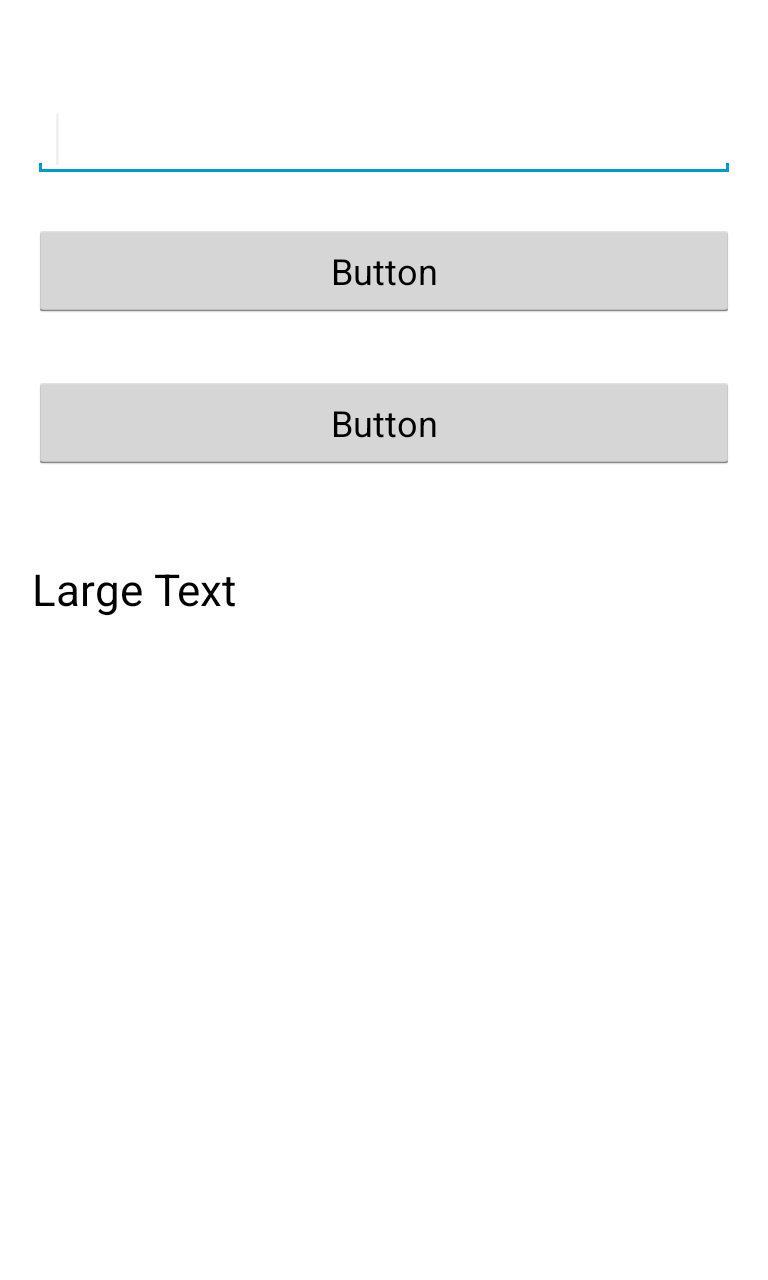
Repository: MadhuHS/JECM3
Layout: InternalStorage/res/layout/activity_main.xml
The author's editor kept a copy of each file at every save. The layout is drawn from the files as they stood at one save, then again after the next save.
It is drawn on a 768 x 1280 px phone screen (xhdpi) without system bars, with theme AppTheme; the app's code is not run.

Above is the layout before, as saved 2015-12-19 03:08:26.

After the next save:
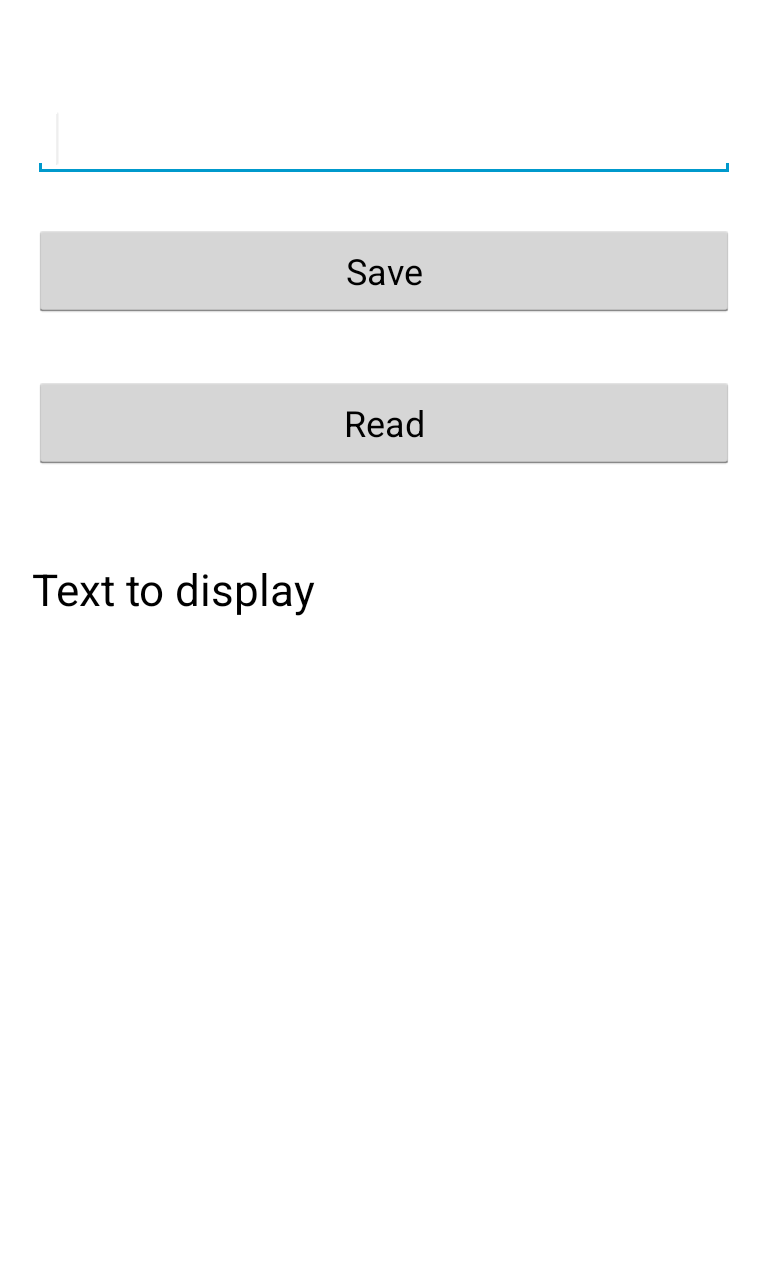
Saved 31 s later.
--- a/InternalStorage/res/layout/activity_main.xml
+++ b/InternalStorage/res/layout/activity_main.xml
@@ -29,7 +29,7 @@
         android:layout_alignRight="@+id/editTextinput"
         android:layout_below="@+id/editTextinput"
         android:layout_marginTop="22dp"
-        android:text="Button" />
+        android:text="Save" />
 
     <Button
         android:id="@+id/buttonread"
@@ -39,7 +39,7 @@
         android:layout_alignRight="@+id/editTextinput"
         android:layout_below="@+id/buttonsave"
         android:layout_marginTop="28dp"
-        android:text="Button" />
+        android:text="Read" />
 
     <TextView
         android:id="@+id/textViewoutput"
@@ -50,7 +50,7 @@
         android:layout_alignRight="@+id/buttonread"
         android:layout_below="@+id/buttonread"
         android:layout_marginTop="44dp"
-        android:text="Large Text"
+        android:text="Text to display"
         android:textAppearance="?android:attr/textAppearanceLarge" />
 
 </RelativeLayout>
